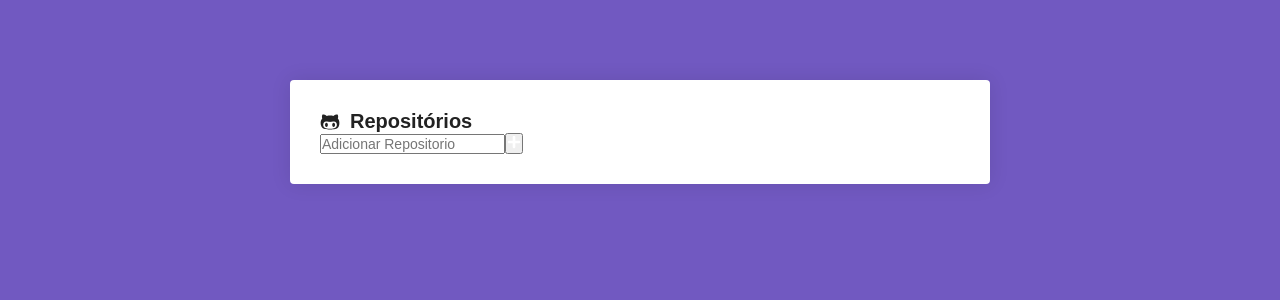
Repository: vadyvarela/Github-Api-ReactJs
Page: /
These files come from the project's save history. The page is drawn as it stood at one moment and after the next save; the edit follows.
The browser window is 1280 px wide. The pictures show the whole page.
The project was rebuilt for these pictures with package versions that can differ from the ones it lists, and the page was loaded fresh each time. Also part of the build but not shown: src/pages/Repository/index.js.

Above is the page before, as saved 2019-10-22 19:27:17.

After the next save:
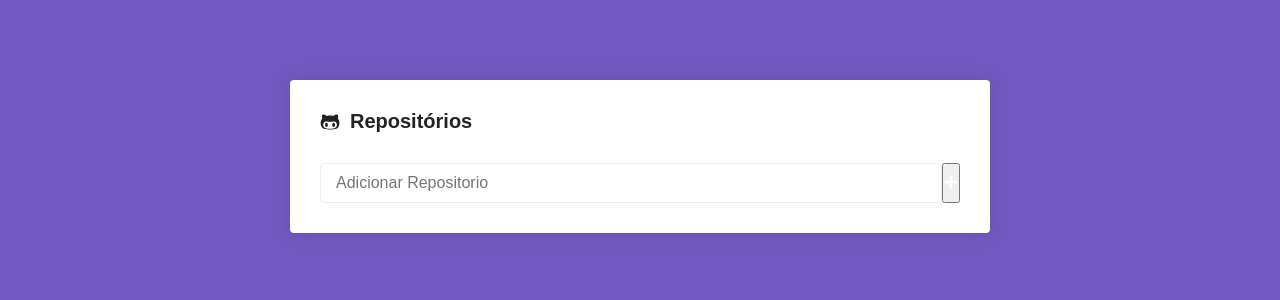
Saved 2 min 10 s later.
--- a/src/pages/Main/styles.js
+++ b/src/pages/Main/styles.js
@@ -21,7 +21,17 @@ export const Container = styled.div`
 `;
 
 export const Form = styled.form`
-    color: #fff;
+    margin-top: 30px;
+    display: flex;
+    flex-direction: row;
+
+    input {
+        flex: 1;
+        border: 1px solid #eee;
+        padding: 10px 15px;
+        border-radius: 4px;
+        font-size: 16px;
+    }
 `;
 
 export const SubmitButton = styled.button`
